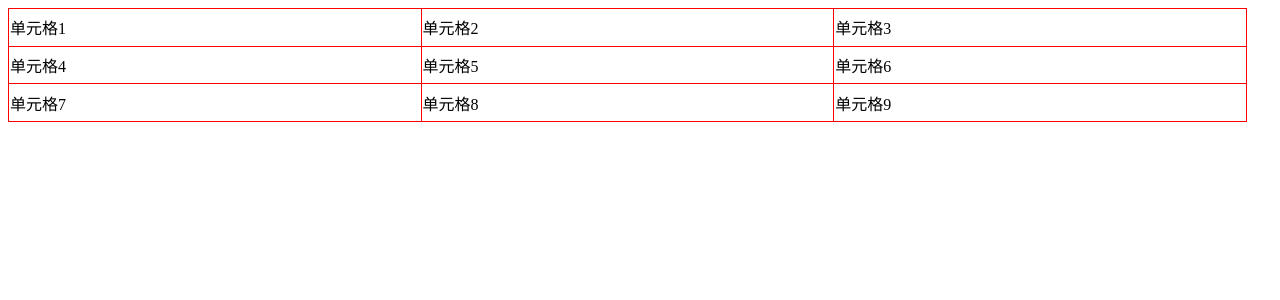
Repository: bookFireFly/bookFireFly
Page: HtmlAndCSS/鼠标经过单元格时提示P36.html
An editor plug-in stored every save of this project. The page is shown before and after the next save, followed by the edit.
The browser window is 1280 px wide. The pictures show the whole page.

Above is the page before, as saved 2017-10-18 07:16:59.

### HtmlAndCSS/鼠标经过单元格时提示P36.html
<!DOCTYPE html>
<html>
<head>
<meta charset="UTF-8">
<title>鼠标经过单元格时提示P36.html</title>
</head>
<body>
<table width="98%" height="114" border="0" cellpadding="1" cellspacing="1" bgcolor="red">
  <tr>
    <td bgcolor="#FFFFFF" title="单元格1">单元格1</td>
    <td bgcolor="#FFFFFF" title="单元格2">单元格2</td>
    <td bgcolor="#FFFFFF" title="单元格3">单元格3</td>
  </tr>
  <tr>
    <td bgcolor="#FFFFFF" title="单元格4">单元格4</td>
    <td bgcolor="#FFFFFF" title="单元格5">单元格5</td>
    <td bgcolor="#FFFFFF" title="单元格6">单元格6</td>
  </tr>
  <tr>
    <td bgcolor="#FFFFFF" title="单元格7">单元格7</td>
    <td bgcolor="#FFFFFF" title="单元格8">单元格8</td>
    <td bgcolor="#FFFFFF" title="单元格9">单元格9</td>
  </tr>
</table>
</body>
</html>

After the next save:
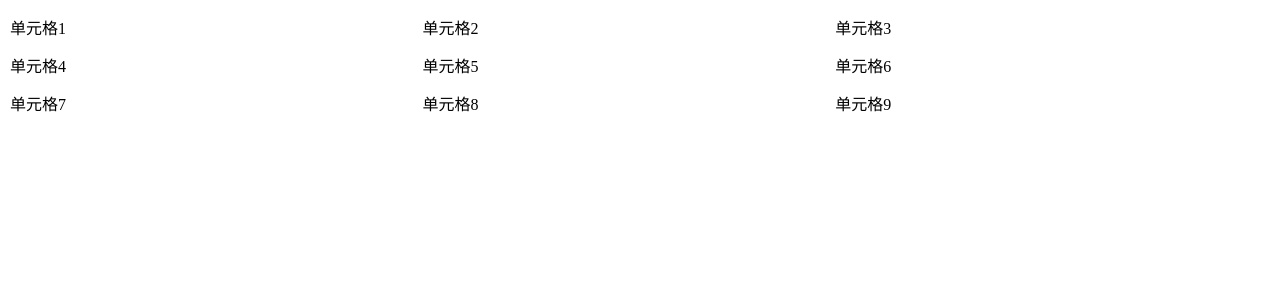
Saved 24 s later.
--- a/HtmlAndCSS/鼠标经过单元格时提示P36.html
+++ b/HtmlAndCSS/鼠标经过单元格时提示P36.html
@@ -5,7 +5,7 @@
 <title>鼠标经过单元格时提示P36.html</title>
 </head>
 <body>
-<table width="98%" height="114" border="0" cellpadding="1" cellspacing="1" bgcolor="red">
+<table width="98%" height="114" border="0" cellpadding="1" cellspacing="1" color="red">
   <tr>
     <td bgcolor="#FFFFFF" title="单元格1">单元格1</td>
     <td bgcolor="#FFFFFF" title="单元格2">单元格2</td>

After the save that followed:
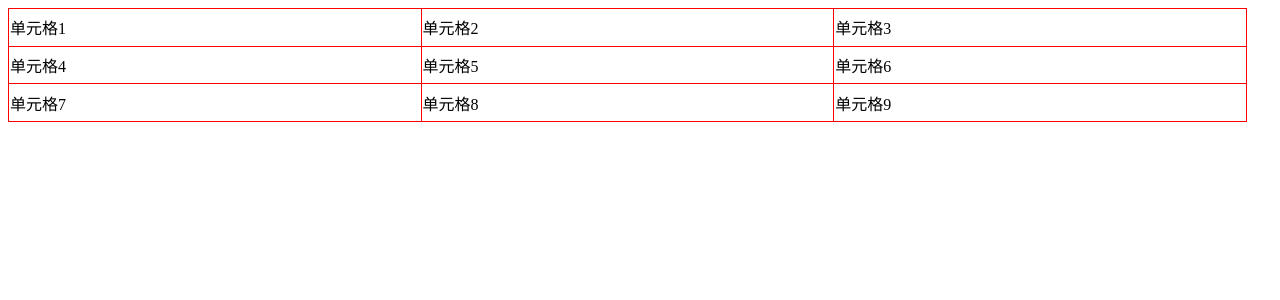
Saved 7 s later.
--- a/HtmlAndCSS/鼠标经过单元格时提示P36.html
+++ b/HtmlAndCSS/鼠标经过单元格时提示P36.html
@@ -5,7 +5,7 @@
 <title>鼠标经过单元格时提示P36.html</title>
 </head>
 <body>
-<table width="98%" height="114" border="0" cellpadding="1" cellspacing="1" color="red">
+<table width="98%" height="114" border="0" cellpadding="1" cellspacing="1" bgcolor="red">
   <tr>
     <td bgcolor="#FFFFFF" title="单元格1">单元格1</td>
     <td bgcolor="#FFFFFF" title="单元格2">单元格2</td>
